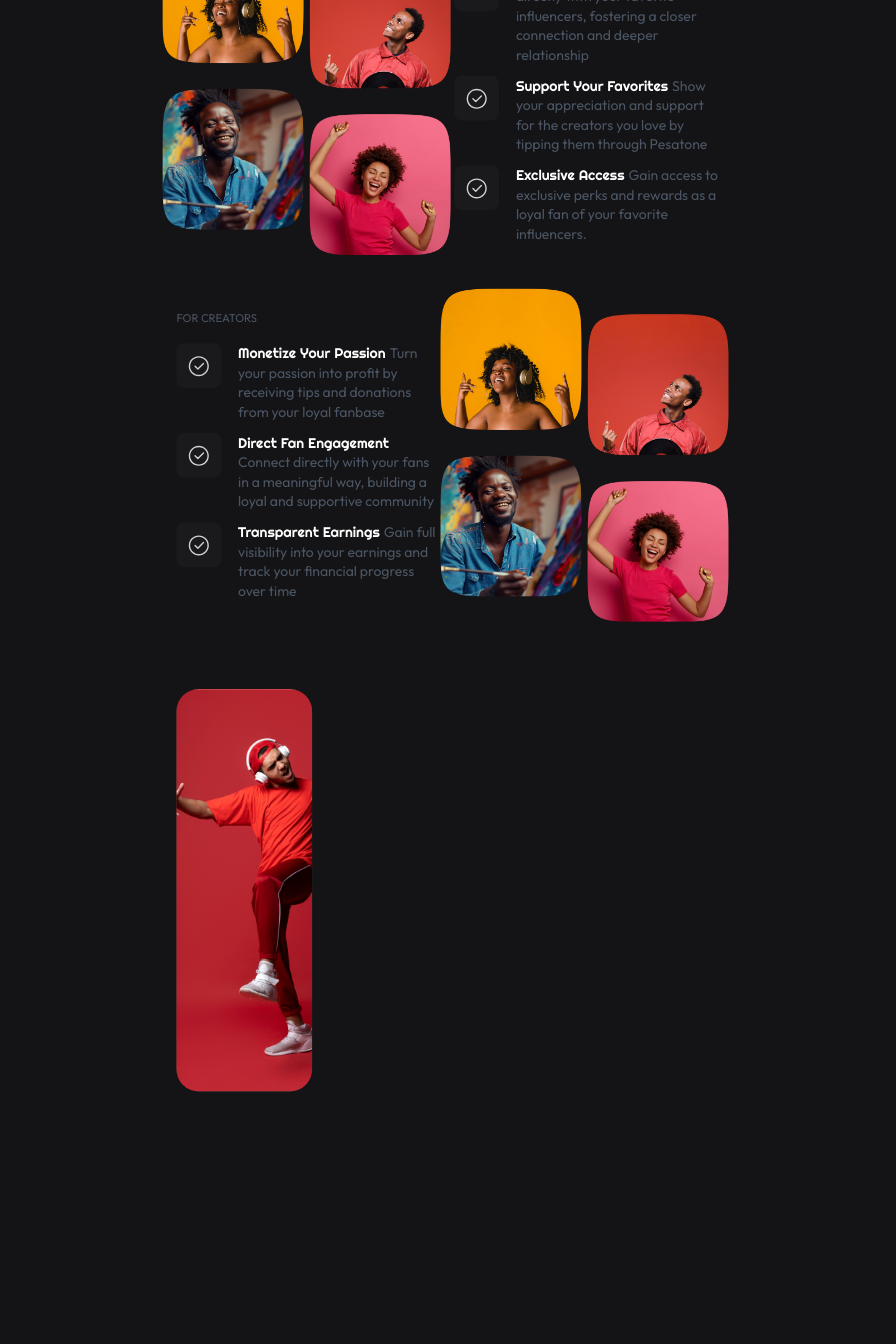
Repository: felixdusengimana/capstone-project-mirror
Page: / (app in frontend/)
An editor plug-in stored every save of this project. The page is shown before and after the next save, followed by the edit.
The browser window is 1280 px wide. The pictures show the part of the page from y = 2035 to 3955 px (the page is 3955 px tall), at 70% of full size.
The project was rebuilt for these pictures with package versions that can differ from the ones it lists, and the page was loaded fresh each time. The framework's server and built-in components were replaced by stand-ins that run in the browser. Also part of the build but not shown: frontend/next.config.mjs.

Above is the page before, as saved 2024-03-11 15:48:19.

### frontend/app/layout.tsx
import type { Metadata } from "next";
import { Righteous, Outfit } from "next/font/google";
import "./globals.css";

const outfit = Outfit({ subsets: ["latin"], variable: "--font-outfit" });
const righteous = Righteous({
  subsets: ["latin"],
  variable: "--font-righteous",
  weight: "400",
});

export const metadata: Metadata = {
  title: "Pesatone - Search and gift your favorite creators",
  description:
    "A place where fans show gratitude to the African content creators they love!",
};

export default function RootLayout({
  children,
}: Readonly<{
  children: React.ReactNode;
}>) {
  return (
    <html lang="en">
      <body className={`${outfit.variable} ${righteous.variable} font-sans`}>
        {children}
      </body>
    </html>
  );
}

### frontend/app/page.tsx
import Avatar from "@/components/atoms/Avatar";
import Headline from "@/components/atoms/Headline";
import Card from "@/components/molecules/Card";
import CardIcon from "@/components/molecules/CardIcon";
import SmallCard from "@/components/molecules/SmallCard";
import Intro from "@/components/organisms/Intro";
import Navbar from "@/components/organisms/Navbar";
import Image from "next/image";
import React from "react";

export default function page() {
  return (
    <div className="py-[73px]">
      <Navbar />
      <Intro />
      <section className="mt-24 page-padding">
        <div className="max-w-[503px] mx-auto text-center">
          <h5 className="uppercase text-gray-600 mb-4">features</h5>
          <Headline className="text-4xl text-center">
            Unleash Your Influence with Our Exclusive Features
          </Headline>
        </div>
        <div className="grid grid-cols-3 gap-[18px] mt-12">
          <Card title="Secure Transactions" icon="secure">
            Pesatone employs advanced encryption for secure transactions,
            safeguarding you and your fans
          </Card>
          <Card title="Direct Engagement" icon="fast">
            Connect instantly with followers through Pesatone&apos;s
            user-friendly interface, fostering community and stronger
            relationships
          </Card>
          <Card title="Transparent Earnings" icon="dollar">
            Gain clear insight into earnings with Pesatone, easily tracking tips
            and donations for effective financial management
          </Card>
        </div>
      </section>

      <section className="mt-24 page-padding">
        <div className="max-w-[543px] mx-auto text-center">
          <h5 className="uppercase text-gray-600 mb-4">BENEFITS</h5>
          <Headline className="text-4xl text-center">
            Experience the Benefits: Pesatone for Fans and Creators
          </Headline>
        </div>
        <div className="grid grid-cols-2 gap-[18px] mt-12">
          <div className="grid grid-cols-2 w-fit">
            <Avatar
              alt="Profile 1"
              src="/profiles/profile4.png"
              size="2xl"
              circle={false}
              className="ml-[-20px]"
            />
            <Avatar
              alt="Profile 2"
              src={"/profiles/profile3.png"}
              size="2xl"
              circle={false}
              className="mt-[36px]"
            />
            <Avatar
              alt="Profile 3"
              src={"/profiles/profile2.png"}
              size="2xl"
              circle={false}
              className="ml-[-20px]"
            />
            <Avatar
              alt="Profile 4"
              src={"/profiles/profile1.png"}
              size="2xl"
              circle={false}
              className="mt-[36px]"
            />
          </div>
          <div className="flex flex-col justify-center">
            <h5 className="uppercase text-gray-600 mb-6">For Fans</h5>
            <div className="flex flex-col gap-4">
              <SmallCard icon="check" title="Direct Interaction">
                Engage directly with your favorite influencers, fostering a
                closer connection and deeper relationship
              </SmallCard>
              <SmallCard icon="check" title="Support Your Favorites">
                Show your appreciation and support for the creators you love by
                tipping them through Pesatone
              </SmallCard>
              <SmallCard icon="check" title="Exclusive Access ">
                Gain access to exclusive perks and rewards as a loyal fan of
                your favorite influencers.
              </SmallCard>
            </div>
          </div>
        </div>

        <div className="grid grid-cols-2 gap-[18px]  mt-12">
          <div className="flex flex-col justify-center">
            <h5 className="uppercase text-gray-600 mb-6">For creators</h5>
            <div className="flex flex-col gap-4">
              <SmallCard icon="check" title="Monetize Your Passion">
                Turn your passion into profit by receiving tips and donations
                from your loyal fanbase
              </SmallCard>
              <SmallCard icon="check" title="Direct Fan Engagement">
                Connect directly with your fans in a meaningful way, building a
                loyal and supportive community
              </SmallCard>
              <SmallCard icon="check" title="Transparent Earnings">
                Gain full visibility into your earnings and track your financial
                progress over time
              </SmallCard>
            </div>
          </div>
          <div className="grid grid-cols-2 ml-auto w-fit">
            <Avatar
              alt="Profile 1"
              src="/profiles/profile4.png"
              size="2xl"
              circle={false}
              className="ml-[-20px]"
            />
            <Avatar
              alt="Profile 2"
              src={"/profiles/profile3.png"}
              size="2xl"
              circle={false}
              className="mt-[36px]"
            />
            <Avatar
              alt="Profile 3"
              src={"/profiles/profile2.png"}
              size="2xl"
              circle={false}
              className="ml-[-20px]"
            />
            <Avatar
              alt="Profile 4"
              src={"/profiles/profile1.png"}
              size="2xl"
              circle={false}
              className="mt-[36px]"
            />
          </div>
        </div>
      </section>

      <section className="mt-24 page-padding">
        <div className="grid grid-cols-4 grid-rows-3 min-h-[862px]">
          <div className="bg-[url('/creator-bg.png')] bg-cover bg-no-repeat row-span-2 bg-red-400 rounded-[32px]"></div>
        </div>
      </section>
    </div>
  );
}

### frontend/app/globals.css
@tailwind base;
@tailwind components;
@tailwind utilities;

:root {
  --bg: #141416;
  --bg-hover: #232326;
  --secondary-color: #17171A;
  --foreground-rgb: 0, 0, 0;
  --background-start-rgb: 214, 219, 220;
  --background-end-rgb: 255, 255, 255;
}

@media (prefers-color-scheme: dark) {
  :root {
    --foreground-rgb: 255, 255, 255;
    --background-start-rgb: 0, 0, 0;
    --background-end-rgb: 0, 0, 0;
  }
}

body {
  background: var(--bg);
  color: rgb(var(--foreground-rgb));
}

@layer utilities {
  .text-balance {
    text-wrap: balance;
  }
}

.page-padding {
  padding: 0 252px;
}

### frontend/components/atoms/Avatar.tsx
/* eslint-disable @next/next/no-img-element */
import { ComponentProps } from "react";
import Icon from "./Icon";

interface AvatarProps extends ComponentProps<"div"> {
  src: string;
  alt?: string;
  size?: "sm" | "md" | "lg" | "xl" | "2xl";
  circle?: boolean;
  bordered?: boolean;
  fallBackText?: string;
}
export default function Avatar({ ...props }: AvatarProps) {
  const {
    src,
    alt,
    size = "sm",
    circle = true,
    fallBackText,
    bordered,
    ...rest
  } = props;

  const sizeClasses = {
    sm: "w-10 h-10",
    md: "w-12 h-12",
    lg: "w-16 h-16",
    xl: "w-[150px] h-[150px]",
    "2xl": "w-[202px] h-[202px]",
  };

  return (
    <div
      {...rest}
      className={`${src ? "bg-transparent" : "bg-gray-100"} ${
        circle ? "rounded-full" : "rounded"
      } ${bordered ? "border-2 border-white" : ""} ${sizeClasses[size]} ${
        rest.className
      } flex items-center justify-center overflow-hidden`}
    >
      {src ? (
        <img
          src={src}
          alt={alt}
          className={`w-full ${sizeClasses[size]} object-cover`}
        />
      ) : fallBackText ? (
        fallBackText
      ) : (
        <Icon name="user" />
      )}
    </div>
  );
}

### frontend/components/atoms/Headline.tsx
import { ComponentProps } from "react";

interface HeadlineProps extends ComponentProps<"h1"> {}

export default function Headline({ ...props }: HeadlineProps) {
  return (
    <div className={`font-mono text-white ${props.className}`}>
      {props.children}
    </div>
  );
}

### frontend/components/molecules/Card.tsx
import { ComponentProps } from "react";
import { IconNames } from "../atoms/Icon";
import Headline from "../atoms/Headline";
import CardIcon from "./CardIcon";

interface CardProps extends ComponentProps<"div"> {
  icon?: IconNames;
  title?: string;
}

export default function Card({ ...props }: CardProps) {
  const { icon, title, ...rest } = props;
  return (
    <div {...rest} className={`bg-[#171719] p-8 rounded-[23px]`}>
      {icon && <CardIcon icon={icon} />}
      <Headline className="text-2xl font-normal mt-6">{title}</Headline>
      <p
        className={`text-gray-600 font-normal text-xl mt-4 max-w-[333px] ${props.className}`}
      >
        {props.children}
      </p>
    </div>
  );
}

### frontend/components/molecules/SmallCard.tsx
import { ComponentProps } from "react";
import { IconNames } from "../atoms/Icon";
import CardIcon from "./CardIcon";

interface SmallCardProps extends ComponentProps<"div"> {
  icon: IconNames;
  title: string;
}

export default function SmallCard({ ...props }: SmallCardProps) {
  return (
    <div className="flex gap-6">
      <CardIcon icon={props.icon} />
      <p className="text-gray-600 font-normal text-xl">
        <span className="text-white font-mono">{props.title} </span>
        {props.children}
      </p>
    </div>
  );
}

### frontend/components/organisms/Intro.tsx
"use client";

import Headline from "@/components/atoms/Headline";
import Search from "@/components/molecules/Search";
import DownloadApp from "../molecules/DownloadApp";

export default function Intro() {
  return (
    <div className="grid grid-cols-2 pl-[252px]">
      <div className="mt-40">
        <Headline className="text-[64px] leading-[79.47px]">
          Search and gift your favorite creators
        </Headline>
        <p className="text-xl text-gray-600 max-w-[535px] mt-5">
          A place where fans show gratitude to the African content creators they
          love!
        </p>
        <Search className="max-w-[502px] mt-10" />

        <p className="text-gray-600 mt-24 text-base">
          Trusted Users <br />
          Rated 4.5 by 700K+ Customers
        </p>
        <div className="flex gap-6 mt-6">
          <DownloadApp os="android" />
          <DownloadApp os="ios" className="px-[42px]" />
        </div>
      </div>
      <div className="h-full w-full">
        {/* eslint-disable-next-line @next/next/no-img-element */}
        <img src="./home-bg.png" alt="" className="w-full h-full" />
      </div>
    </div>
  );
}

### frontend/components/organisms/Navbar.tsx
import Image from "next/image";
import Button from "../atoms/Button";
import Link from "next/link";

export default function Navbar() {
  return (
    <div className="page-padding flex justify-between items-center">
      <Link href={"/"} className="flex  items-center gap-2">
        <Image
          src="/logo-white.png"
          alt="PESATONElogo"
          width={40}
          height={40}
        />
        <p className="text-sm">ESATONE</p>
      </Link>
      <div className="flex items-center gap-6">
        <Link href={"/login"}>
          <Button variant="secondary" className="px-12">
            Login
          </Button>
        </Link>
        <Link href={"/join"}>
          <Button variant="white" className="font-semibold">
            Sign up free
          </Button>
        </Link>
      </div>
    </div>
  );
}

### frontend/components/molecules/CardIcon.tsx
import React from "react";
import Icon, { IconNames } from "../atoms/Icon";

export default function CardIcon({ icon }: { icon: IconNames }) {
  return (
    <div className="w-16 min-w-[64px] h-16 rounded-[11px] bg-[#1A1A1C] flex items-center justify-center">
      <Icon name={icon} />
    </div>
  );
}

### frontend/components/molecules/Search.tsx
"use client";
import { ComponentProps, useEffect, useState } from "react";
import Icon from "../atoms/Icon";

interface SearchProps extends ComponentProps<"div"> {
  placeholder?: string;
  onSearch?: (query: string) => void;
  onClear?: () => void;
}
export default function Search({
  placeholder = "Search for creators",
  onSearch,
  onClear,
  ...props
}: SearchProps) {
  const [query, setQuery] = useState("");

  // return value after 300ms
  useEffect(
    () => {
      const timer = setTimeout(() => {
        onSearch?.(query);
      }, 300);
      return () => clearTimeout(timer);
    },
    // eslint-disable-next-line react-hooks/exhaustive-deps
    [query]
  );

  return (
    <div
      {...props}
      className={`flex bg-[#2C2C3033] px-5 py-4 gap-4 rounded-full ${props.className}`}
    >
      <Icon name="search" onClick={() => onSearch?.(query)} />
      <input
        type="text"
        placeholder={placeholder}
        className="w-full text-white bg-transparent outline-none"
        onChange={(e) => setQuery(e.target.value)}
      />
    </div>
  );
}

### frontend/components/molecules/DownloadApp.tsx
import { ComponentProps } from "react";
import Icon from "../atoms/Icon";

interface DownloadAppProps extends ComponentProps<"div"> {
  os: "android" | "ios";
}

export default function DownloadApp({ os, ...props }: DownloadAppProps) {
  return (
    <div
      {...props}
      className={`flex items-center gap-4 px-10 py-4 border border-[#202024] bg-[#202024] rounded-full cursor-pointer min-w-[202.09px]`}
    >
      <Icon name={os == "android" ? "google-play" : "apple-store"} />
      <div>
        <p className="text-[#DBDBDB] font-medium text-[10px]">
          {os == "android" ? "Get it On" : "Download on the"}
        </p>
        <h3 className="text-[#DBDBDB] font-bold text-sm">
          {os == "android" ? "Google Play" : "App Store"}
        </h3>
      </div>
    </div>
  );
}

### frontend/components/atoms/Button.tsx
import { ComponentProps } from "react";

interface ButtonProps extends ComponentProps<"button"> {
  variant?: "dark" | "white" | "blurred" | "secondary";
  size?: "sm" | "md" | "lg";
  bordered?: boolean;
}

export default function Button({ ...props }: ButtonProps) {
  const { variant = "dark", size = "md", bordered = false } = props;

  const variantClasses = {
    dark: "bg-black text-white",
    white: "bg-white text-black",
    secondary: "bg-secondary text-white",
    blurred: "bg-blurred text-white",
  };

  const sizeClasses = {
    sm: "px-2 py-1",
    md: "px-8 py-4",
    lg: "px-6 py-3",
  };

  const borderClasses = bordered ? "border border-black" : "";

  return (
    <button
      {...props}
      className={`text-xl font-normal rounded-full ${variantClasses[variant]} ${sizeClasses[size]} ${borderClasses} ${props.className}`}
    >
      {props.children}
    </button>
  );
}

### frontend/tailwind.config.ts
import type { Config } from "tailwindcss";

const config: Config = {
  content: [
    "./pages/**/*.{js,ts,jsx,tsx,mdx}",
    "./components/**/*.{js,ts,jsx,tsx,mdx}",
    "./app/**/*.{js,ts,jsx,tsx,mdx}",
  ],
  theme: {
    extend: {
      // backgroundImage: {
      //   "gradient-radial": "radial-gradient(var(--tw-gradient-stops))",
      //   "gradient-conic":
      //     "conic-gradient(from 180deg at 50% 50%, var(--tw-gradient-stops))",
      // },
      fontFamily: {
        sans: ["var(--font-outfit)"],
        mono: ["var(--font-righteous)"],
      },
      colors: {
        secondary: "var(--secondary-color)",
      },
    },
  },
  plugins: [],
};
export default config;

Loaded but not shown: frontend/components/atoms/Icon.tsx (241 lines, source omitted)

After the next save:
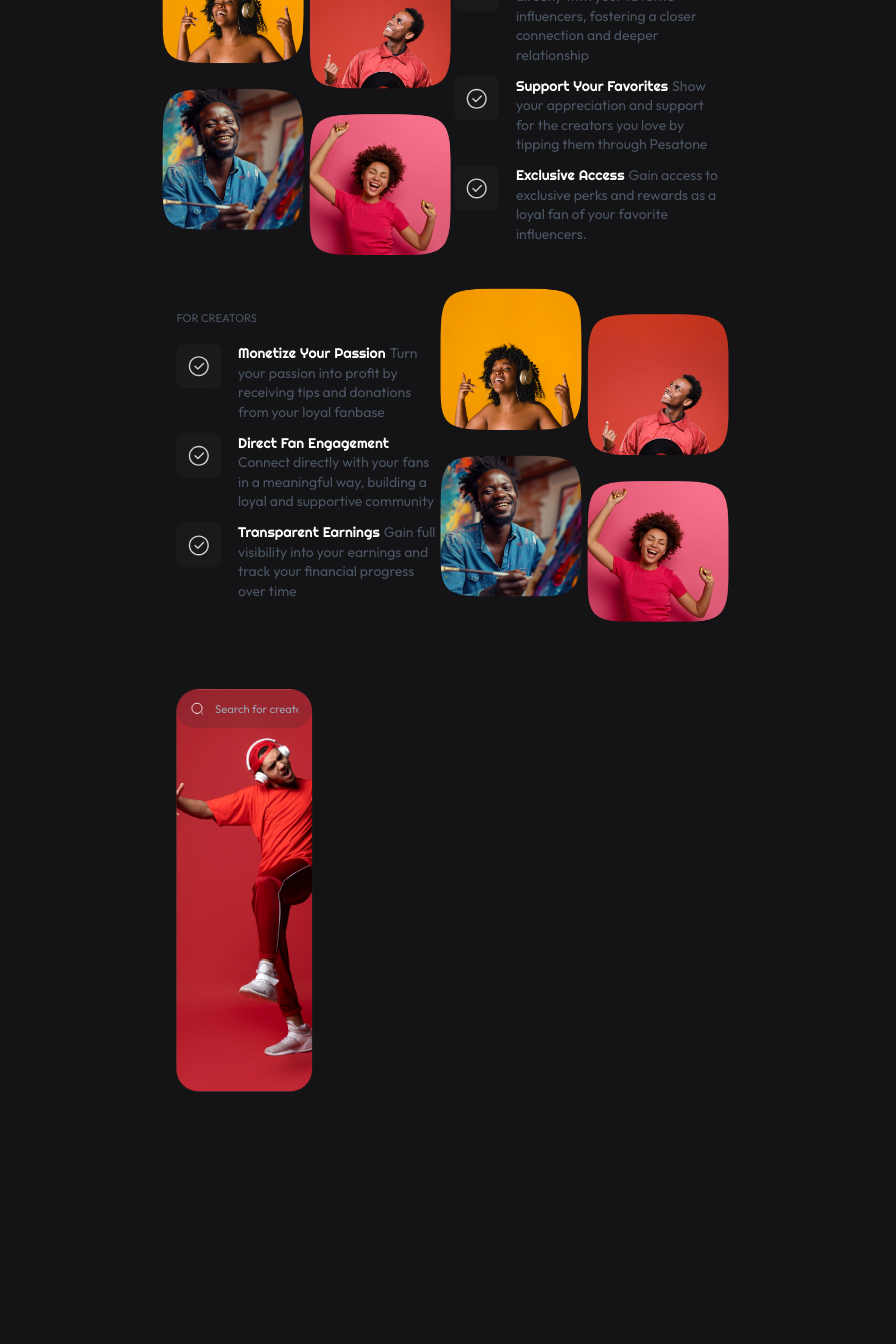
Saved 24 s later.
--- a/frontend/app/page.tsx
+++ b/frontend/app/page.tsx
@@ -2,6 +2,7 @@ import Avatar from "@/components/atoms/Avatar";
 import Headline from "@/components/atoms/Headline";
 import Card from "@/components/molecules/Card";
 import CardIcon from "@/components/molecules/CardIcon";
+import Search from "@/components/molecules/Search";
 import SmallCard from "@/components/molecules/SmallCard";
 import Intro from "@/components/organisms/Intro";
 import Navbar from "@/components/organisms/Navbar";
@@ -147,7 +148,9 @@ export default function page() {
 
       <section className="mt-24 page-padding">
         <div className="grid grid-cols-4 grid-rows-3 min-h-[862px]">
-          <div className="bg-[url('/creator-bg.png')] bg-cover bg-no-repeat row-span-2 bg-red-400 rounded-[32px]"></div>
+          <div className="bg-[url('/creator-bg.png')] bg-cover bg-no-repeat row-span-2 bg-red-400 rounded-[32px]">
+            <Search />
+          </div>
         </div>
       </section>
     </div>
